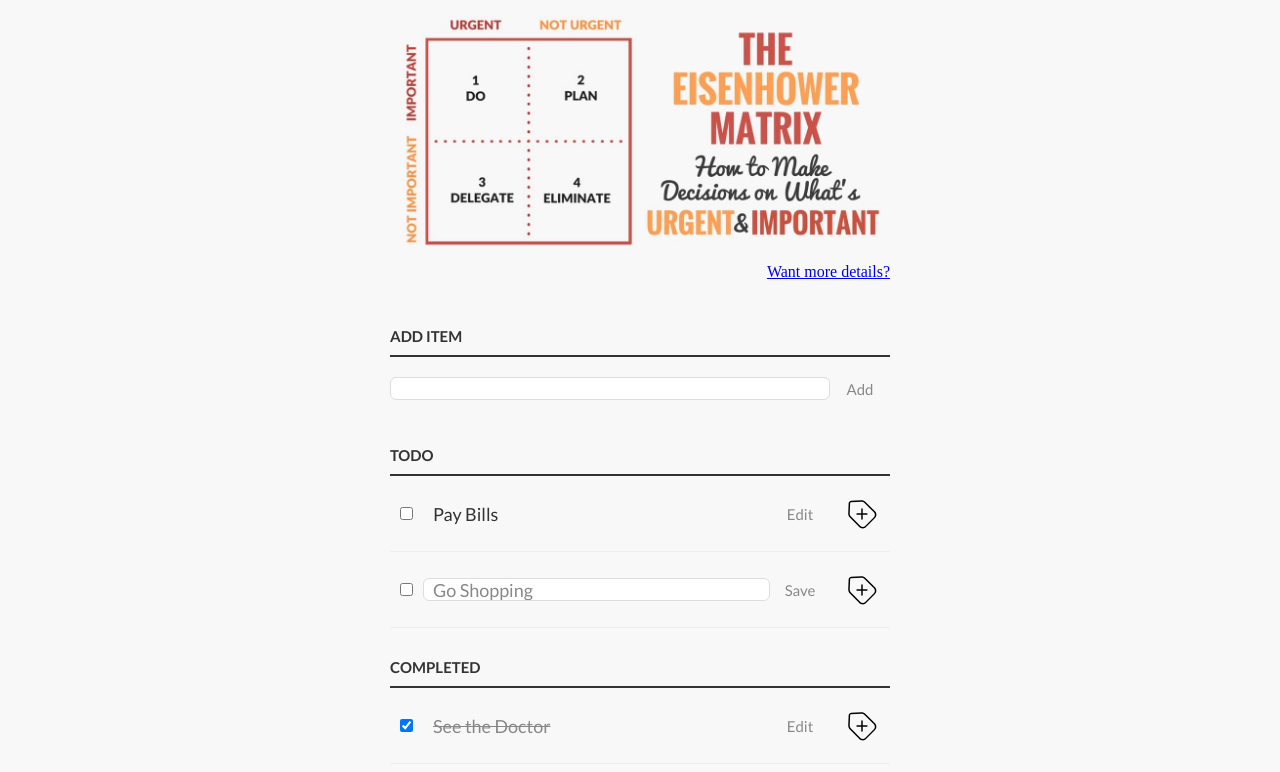
Repository: dev1siWoo/clean-code-s1e1
Page: index.html
An editor plug-in stored every save of this project. The page is shown before and after a run of saves, followed by the edit.
The browser window is 1280 px wide. The pictures show the whole page.

Above is the page before, as saved 2024-01-08 22:10:15.

### index.html
<!DOCTYPE html>
<html>
    <head>
        <title>Todo App</title>
        <link
            href="https://fonts.googleapis.com/css?family=Lato:300,400,700"
            rel="stylesheet"
        >
        <link
            rel="stylesheet"
            href="style.css"
            media="screen"
            charset="utf-8"
        >
    </head>
    <body>
        <div class="aaa">
            <img src="./eisenhower-matrix.jpg">
            <a class="more-inf" href="https://goal-life.com/page/method/matrix-eisenhower">Want more details?</a>
        </div>
        <div class="centered-main-page-element">
            <p id="topSectionForAddingElementToList">
                <label for="new-task">Add Item</label>
                <div class="task-row-wrapper">
                    <input id="new-task"class="task" type="text">
                    <button>Add</button>
                </div>
            </p>
            <h3>Todo</h3>
            <ul id="incompleteTasks">
                <li>
                    <input type="checkbox">
                    <label class="task">Pay Bills</label>
                    <input type="text" class="task">
                    <button class="edit">Edit</button>
                    <button class="delete">
                        <img src="./remove.svg">
                    </button>
                </li>
                <li class="editMode">
                    <input type="checkbox">
                    <label class="task">Go Shopping</label>
                    <input type="text" value="Go Shopping" class="task">
                    <button class="edit">Save</button>
                    <button class="delete">
                        <img src="./remove.svg">
                    </button>
                </li>
            </ul>
            <h3>Completed</h3>
            <ul id="completed-tasks">
                <li>
                    <input type="checkbox" checked>
                    <label class="task">See the Doctor</label>
                    <input type="text" class="task">
                    <button class="edit">Edit</button>
                    <button class="delete">
                        <img src="./remove.svg">
                    </button>
                </li>
            </ul>
        </div>
        <script src="app.js"></script>
    </body>
</html>

### style.css
/* Basic Style */
body {
  background-color: #f8f8f8;
  color: #333;
  font-family: Lato, sans-serif;
}
.aaa {
  width: 500px;
  margin: 0 auto;
  display: block;
  text-align: right;
}
.aaa img {
  width: 100%;
}
.aaa .more-inf {
  font-family: fantasy, cursive;
}

@media (max-width: 768px) {
  .aaa {
    text-align: center;
  }
}
.centered-main-page-element {
  display: block;
  width: 500px;
  margin: 0 auto 0;
}
.task {
  width: 56%;
  display: inline-block;
  flex-grow: 1;
}
.task-row-wrapper {
  display: flex;
}
ul {
  margin: 0;
  padding: 0px;
}
li,
h3 {
  list-style: none;
}
input,
button{
  outline: none;
}
button {
  background: none;
  border: 0px;
  color: #888;
  font-size: 15px;
  width: 60px;
  font-family: Lato, sans-serif;
  cursor: pointer;
}
button:hover {
  color: #3a3A3a;
}
/* Heading */
h3,
label[for='new-task'] {
  color: #333;
  font-weight: 700;
  font-size: 15px;
  border-bottom: 2px solid #333;
  padding: 30px 0 10px;
  margin: 0;
  text-transform: uppercase;
}
input[type="text"] {
  margin: 0;
  font-size: 18px;
  line-height: 18px;
  height: 21px;
  padding: 0 9px;
  border: 1px solid #dDd;
  background: #FFF;
  border-radius: 6px;
  font-family: Lato, sans-serif;
  color: #888;
}
input[type="text"]:focus {
  color: #333;
}

/* New Task */
label[for='new-task'] {
  display: block;
  margin: 0 0 20px;
}
input#new-task {
  width: 318px;
}

/* Task list */
li {
  overflow: hidden;
  padding: 20px 0;
  border-bottom: 1px solid #eee;
  display: flex;
  justify-content: space-between;
  align-items: center;
}
li > * {
  vertical-align: middle;
}

li > input[type="checkbox"] {
  margin: 0 10px;
}
li > label {
  padding-left: 10px;
  box-sizing: border-box;
  font-size: 18px;
  width: 226px;
}
li >    input[type="text"] {
  width: 226px;
}
button.delete img {
  height: 2em;
  transform: rotateZ(45deg);
  transition: transform 200ms ease-in;
}
button.delete img:hover {
  transform: rotateZ(0);
}

/* Completed */
ul#completed-tasks label {
  text-decoration: line-through;
  color: #888;
}

/* Edit Task */
ul li input[type=text] {
  display: none;
}

ul li.editMode input[type=text] {
  display: inline-block;
  width: 224px;
}

ul li.editMode label {
  display: none;
}

### app.js
//Document is the DOM can be accessed in the console with document.window.
// Tree is from the top, html, body, p etc.

//Problem: User interaction does not provide the correct results.
//Solution: Add interactivity so the user can manage daily tasks.
//Break things down into smaller steps and take each step at a time.


// Event handling, user interaction is what starts the code execution.

var taskInput=document.getElementById("new-task");//Add a new task.
var addButton=document.getElementsByTagName("button")[0];//first button
var incompleteTaskHolder=document.getElementById("incompleteTasks");//ul of #incompleteTasks
var completedTasksHolder=document.getElementById("completed-tasks");//completed-tasks


//New task list item
var createNewTaskElement=function(taskString){

    var listItem=document.createElement("li");

    //input (checkbox)
    var checkBox=document.createElement("input");//checkbx
    //label
    var label=document.createElement("label");//label
    //input (text)
    var editInput=document.createElement("input");//text
    //button.edit
    var editButton=document.createElement("button");//edit button

    //button.delete
    var deleteButton=document.createElement("button");//delete button
    var deleteButtonImg=document.createElement("img");//delete button image

    label.innerText=taskString;
    label.className='task';

    //Each elements, needs appending
    checkBox.type="checkbox";
    editInput.type="text";
    editInput.className="task";

    editButton.innerText="Edit"; //innerText encodes special characters, HTML does not.
    editButton.className="edit";

    deleteButton.className="delete";
    deleteButtonImg.src='./remove.svg';
    deleteButton.appendChild(deleteButtonImg);


    //and appending.
    listItem.appendChild(checkBox);
    listItem.appendChild(label);
    listItem.appendChild(editInput);
    listItem.appendChild(editButton);
    listItem.appendChild(deleteButton);
    return listItem;
}



var addTask=function(){
    console.log("Add Task...");
    //Create a new list item with the text from the #new-task:
    if (!taskInput.value) return;
    var listItem=createNewTaskElement(taskInput.value);

    //Append listItem to incompleteTaskHolder
    incompleteTaskHolder.appendChild(listItem);
    bindTaskEvents(listItem, taskCompleted);

    taskInput.value="";

}

//Edit an existing task.

var editTask=function(){
    console.log("Edit Task...");
    console.log("Change 'edit' to 'save'");


    var listItem=this.parentNode;

    var editInput=listItem.querySelector('input[type=text]');
    var label=listItem.querySelector("label");
    var editBtn=listItem.querySelector(".edit");
    var containsClass=listItem.classList.contains("editMode");
    //If class of the parent is .editmode
    if(containsClass){

        //switch to .editmode
        //label becomes the inputs value.
        label.innerText=editInput.value;
        editBtn.innerText="Edit";
    }else{
        editInput.value=label.innerText;
        editBtn.innerText="Save";
    }

    //toggle .editmode on the parent.
    listItem.classList.toggle("editMode");
};


//Delete task.
var deleteTask=function(){
    console.log("Delete Task...");

    var listItem=this.parentNode;
    var ul=listItem.parentNode;
    //Remove the parent list item from the ul.
    ul.removeChild(listItem);

}


//Mark task completed
var taskCompleted=function(){
    console.log("Complete Task...");

    //Append the task list item to the #completed-tasks
    var listItem=this.parentNode;
    completedTasksHolder.appendChild(listItem);
    bindTaskEvents(listItem, taskIncomplete);

}


var taskIncomplete=function(){
    console.log("Incomplete Task...");
//Mark task as incomplete.
    //When the checkbox is unchecked
    //Append the task list item to the #incompleteTasks.
    var listItem=this.parentNode;
    incompleteTaskHolder.appendChild(listItem);
    bindTaskEvents(listItem,taskCompleted);
}



var ajaxRequest=function(){
    console.log("AJAX Request");
}

//The glue to hold it all together.


//Set the click handler to the addTask function.
addButton.onclick=addTask;
addButton.addEventListener("click",addTask);
addButton.addEventListener("click",ajaxRequest);


var bindTaskEvents=function(taskListItem,checkBoxEventHandler){
    console.log("bind list item events");
//select ListItems children
    var checkBox=taskListItem.querySelector("input[type=checkbox]");
    var editButton=taskListItem.querySelector("button.edit");
    var deleteButton=taskListItem.querySelector("button.delete");


    //Bind editTask to edit button.
    editButton.onclick=editTask;
    //Bind deleteTask to delete button.
    deleteButton.onclick=deleteTask;
    //Bind taskCompleted to checkBoxEventHandler.
    checkBox.onchange=checkBoxEventHandler;
}

//cycle over incompleteTaskHolder ul list items
//for each list item
for (var i=0; i<incompleteTaskHolder.children.length;i++){

    //bind events to list items chldren(tasksCompleted)
    bindTaskEvents(incompleteTaskHolder.children[i],taskCompleted);
}




//cycle over completedTasksHolder ul list items
for (var i=0; i<completedTasksHolder.children.length;i++){
    //bind events to list items chldren(tasksIncompleted)
    bindTaskEvents(completedTasksHolder.children[i],taskIncomplete);
}




// Issues with usability don't get seen until they are in front of a human tester.

//prevent creation of empty tasks.

//Change edit to save when you are in edit mode.

After the next 3 saves:
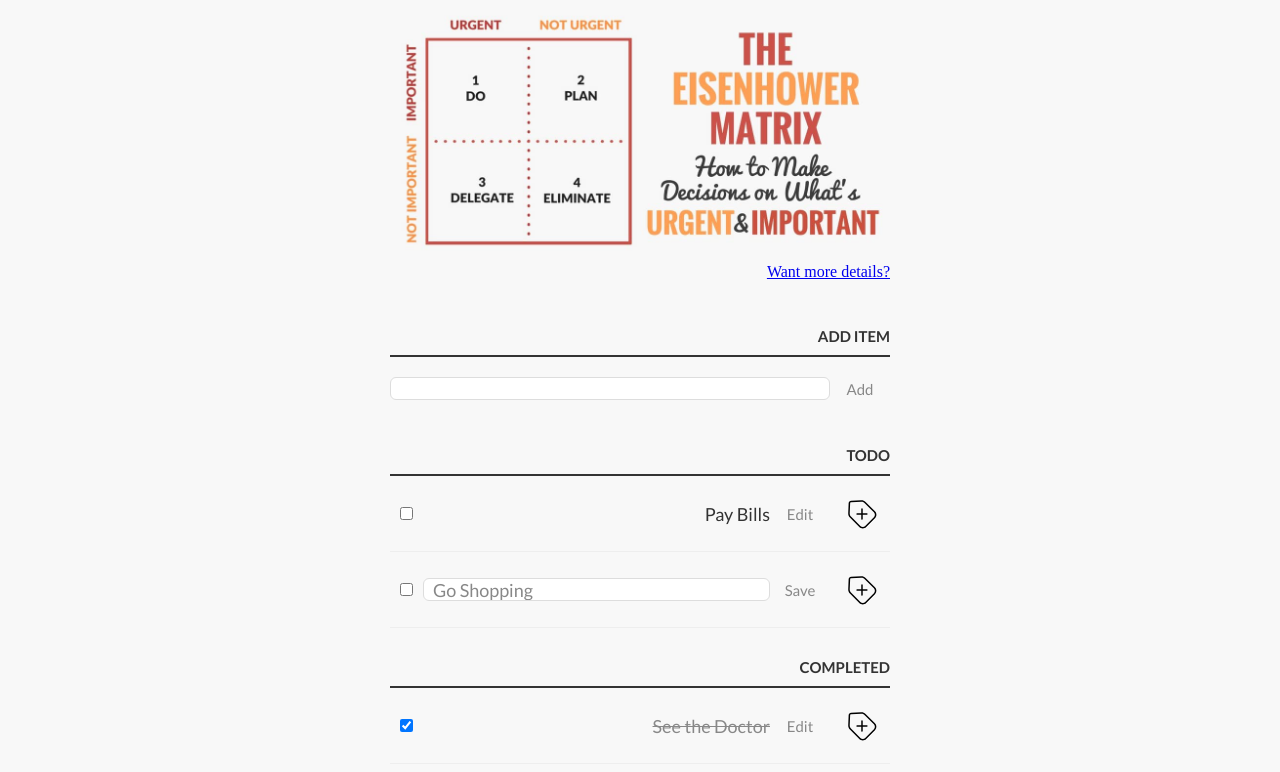
The 3 saves are shown as one change because they came seconds apart.
The last was saved 6 min 53 s later.
--- a/index.html
+++ b/index.html
@@ -14,10 +14,10 @@
         >
     </head>
     <body>
-        <div class="aaa">
+        <header class="aaa">
             <img src="./eisenhower-matrix.jpg">
             <a class="more-inf" href="https://goal-life.com/page/method/matrix-eisenhower">Want more details?</a>
-        </div>
+        </р>
         <div class="centered-main-page-element">
             <p id="topSectionForAddingElementToList">
                 <label for="new-task">Add Item</label>

After the save that followed:
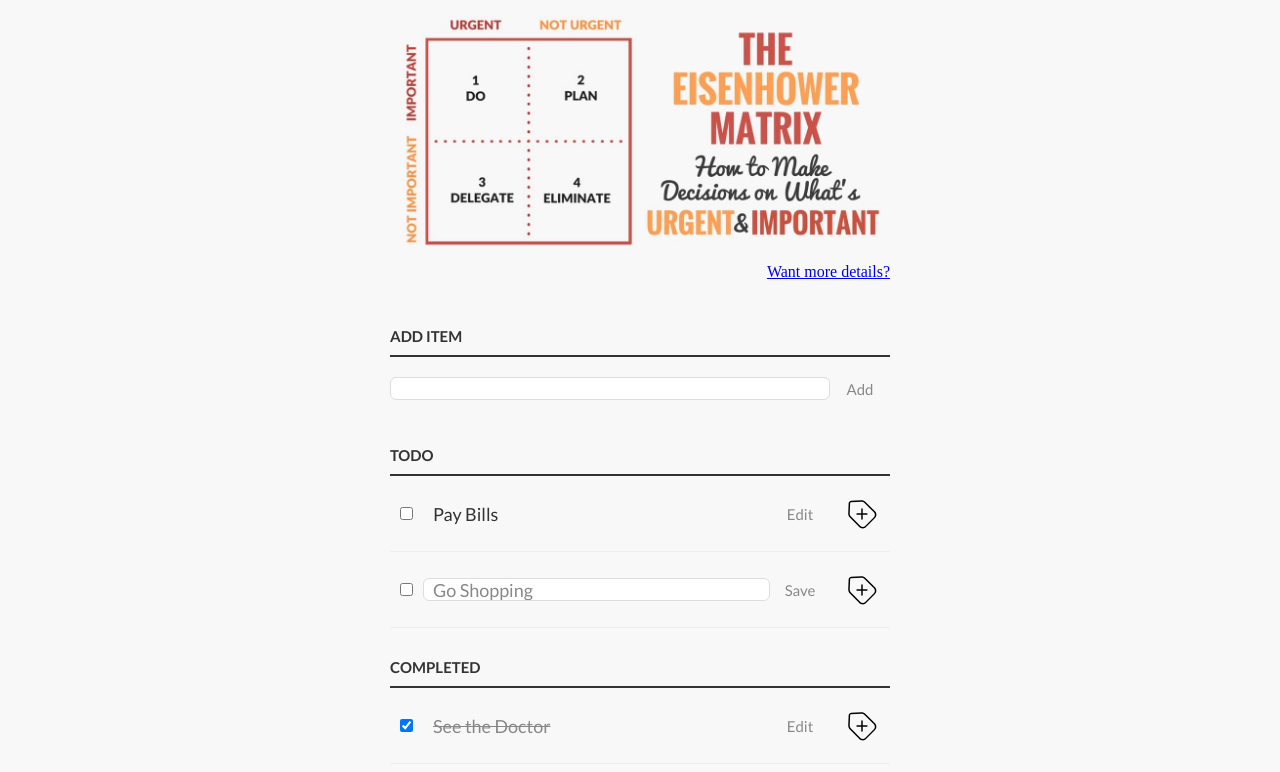
Saved 5 s later.
--- a/index.html
+++ b/index.html
@@ -17,7 +17,7 @@
         <header class="aaa">
             <img src="./eisenhower-matrix.jpg">
             <a class="more-inf" href="https://goal-life.com/page/method/matrix-eisenhower">Want more details?</a>
-        </р>
+        </header>
         <div class="centered-main-page-element">
             <p id="topSectionForAddingElementToList">
                 <label for="new-task">Add Item</label>
